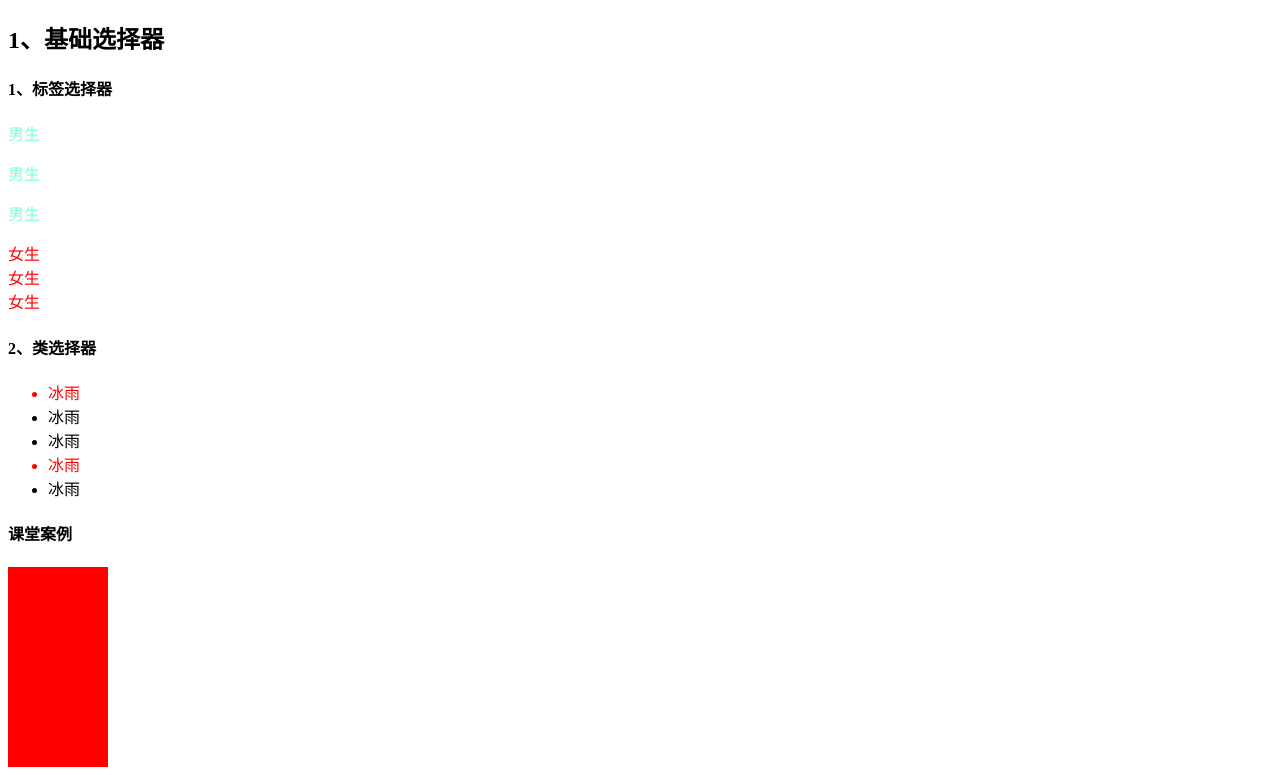
Repository: zhengdeya/web-based
Page: 12-CSS基础选择器.html
These files come from the project's save history. The page is drawn as it stood at one moment and after the next save; the edit follows.
The browser window is 1280 px wide. The pictures show the whole page.

Above is the page before, as saved 2021-03-28 11:04:03.

### 12-CSS基础选择器.html
<!DOCTYPE html>
<html lang="en">
<head>
    <meta charset="UTF-8">
    <meta http-equiv="X-UA-Compatible" content="IE=edge">
    <meta name="viewport" content="width=device-width, initial-scale=1.0">
    <title>CSS基础选择器</title>
    <style>
        /* 标签选择器 */
        p {
            color: aquamarine;
        }
        div {
            color: red;
        }

        /* 类选择器 */
        /* 口诀：样式点定义，结构类调用，一个或多个，开发最常用 */
        .red {
            color: red;
        }

        /* 课堂案例 */
        .redbox {
            width: 100px;
            height: 100px;
            /* 背景颜色 */
            background-color: red;
        }
        .greenbox {
            width: 100px;
            height: 100px;
            /* 背景颜色 */
            background-color: green;
        }
    </style>
</head>
<body>
    <h2>1、基础选择器</h2>

    <h4>1、标签选择器</h4>
    <p>男生</p>
    <p>男生</p>
    <p>男生</p>
    <div>女生</div>
    <div>女生</div>
    <div>女生</div>

    <h4>2、类选择器</h4>
    <ul>
        <li class="red">冰雨</li>
        <li>冰雨</li>
        <li>冰雨</li>
        <li class="red">冰雨</li>
        <li>冰雨</li>
    </ul>

    <h4>课堂案例</h4>
    <div class="redbox"></div>
    <div></div>
    <div class="redbox"></div>

</body>
</html>

After the next save:
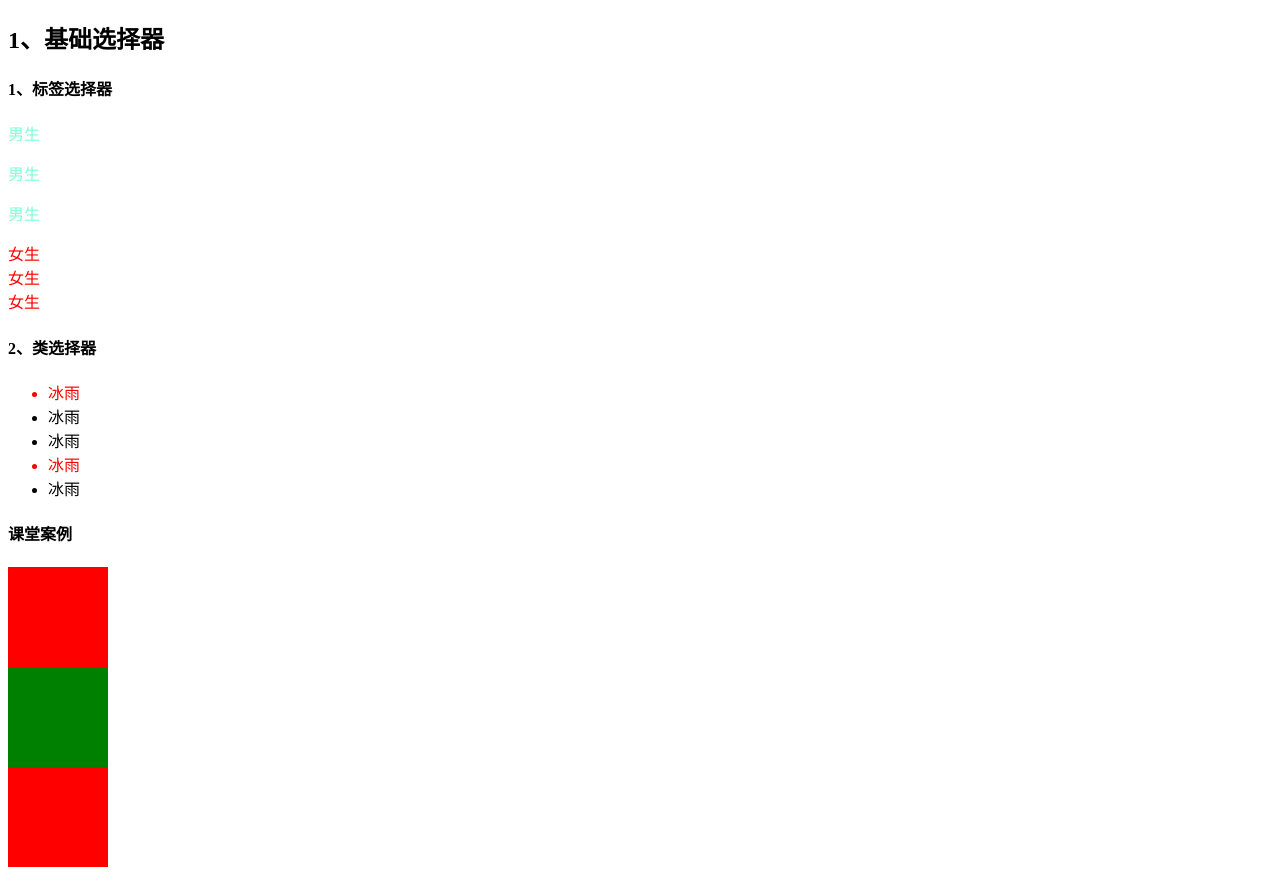
Saved 11 s later.
--- a/12-CSS基础选择器.html
+++ b/12-CSS基础选择器.html
@@ -57,7 +57,7 @@
 
     <h4>课堂案例</h4>
     <div class="redbox"></div>
-    <div></div>
+    <div class="greenbox"></div>
     <div class="redbox"></div>
 
 </body>
